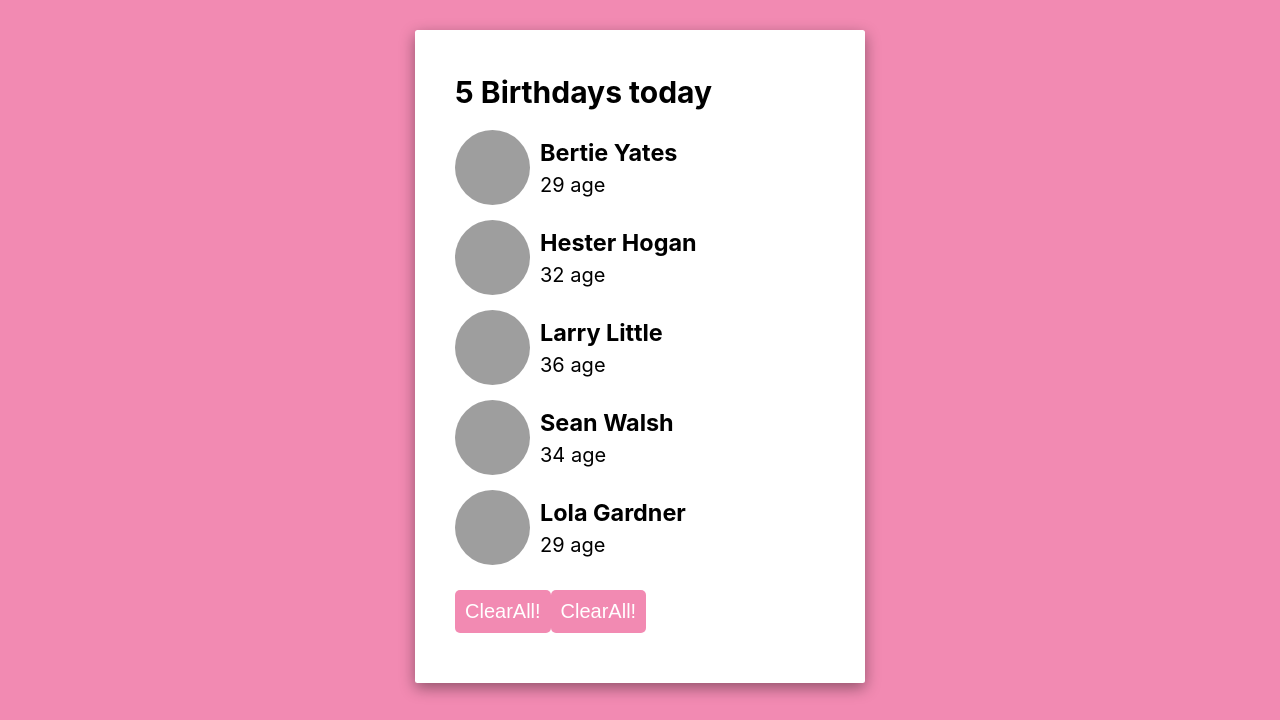
Repository: thaiduy1704/ReactTypeScript-Basic
Page: / (app in 01-birthday-reminder/)
The author's editor kept a copy of each file at every save. The page is drawn from the files as they stood at one save, then again after the next save.
The browser window is 1280 px wide. The pictures show the whole page.
Pictures or frames that could not be fetched are drawn as grey boxes. The project was rebuilt for these pictures with package versions that can differ from the ones it lists, and the page was loaded fresh each time.

Above is the page before, as saved 2022-08-05 16:33:21.

### 01-birthday-reminder/src/index.css
body {
	margin: 0;
	font-family: -apple-system, BlinkMacSystemFont, 'Segoe UI', 'Roboto', 'Oxygen',
		'Ubuntu', 'Cantarell', 'Fira Sans', 'Droid Sans', 'Helvetica Neue',
		sans-serif;
	-webkit-font-smoothing: antialiased;
	-moz-osx-font-smoothing: grayscale;
}

code {
	font-family: source-code-pro, Menlo, Monaco, Consolas, 'Courier New',
		monospace;
}

/* Global Style */
:root {
	--clr-background: #f28ab2;
	--clr-paragraph: #627e99
	--spacing: 0.1rem;
	--radius: 0.25rem;
	--light-shadow: 0 5px 15px rgba(0, 0, 0, 0.1);
	--dark-shadow: 0 5px 15px rgba(0, 0, 0, 0.4);
	--max-width: 1170px;
	--fixed-width: 450px;
	--transition: all 0.3s linear;
}

html {
	font-size: 62.5%;
}

*,
*::before,
*::after {
	padding: 0;
	margin: 0;
	box-sizing: border-box;
}

body {
	line-height: 1.5;
	background: var(--clr-background);
	font-size: 2rem;
}

/* Typography */
ul {
	list-style-type: none;
}

a {
	text-decoration: none;
}

h1,
h2,
h3,
h4 {
	letter-spacing: var(--spacing);
}

/* Layout */
.container {
	min-height: 100vh;
	display: flex;
	justify-content: center;
	align-items: center;
}

### 01-birthday-reminder/src/App.tsx
import { useState } from "react";
import { Card } from "./components/Card";
import { data } from "./data";

function App() {
  const [people, setPeople] = useState(data);

  const clearPeople = () => {
    setPeople([]);
  };

  const restartPeople = () => {
    setPeople(data);
  };

  return (
    <Card
      people={people}
      clearPeople={clearPeople}
      restartPeople={restartPeople}
    />
  );
}

export default App;

### 01-birthday-reminder/src/components/Card.tsx
import React from "react";
import styled from "styled-components";

import Person, { PersonType } from "./Person";

export interface PeopleType {
  people: PersonType[];
  clearPeople: () => void;
  restartPeople: () => void;
}
export const Card: React.FC<PeopleType> = ({
  people,
  clearPeople,
  restartPeople,
}) => {
  return (
    <Wrapper className="content">
      <h1>{people.length} Birthdays today</h1>
      <div>
        {people.map((person) => {
          return <Person key={person.id} {...person} />;
        })}
        <button
          className={`${people.length === 0 && "disable"}`}
          onClick={() => clearPeople()}
        >
          ClearAll!
        </button>
        <button
          className={`${people.length === 0 && "disable"}`}
          onClick={() => clearPeople()}
        >
          ClearAll!
        </button>
      </div>
    </Wrapper>
  );
};

const Wrapper = styled.section`
  background-color: white;
  width: 90vw;
  max-width: var(--fixed-width);
  padding: 4rem;
  border-radius: var(--radius);
  box-shadow: var(--dark-shadow);
  display: flex;
  flex-direction: column;
  margin: 3rem auto;
  button {
    background-color: var(--clr-background);
    border: none;
    border-radius: 5px;
    padding: 1rem;
    font-size: 2rem;
    color: white;
    cursor: pointer;
    margin: 1rem 0;
    transition: var(--transition);
  }
  button:hover {
    background-color: #df1563;
  }

  .disable {
    pointer-events: none;
    background-color: gray;
  }
`;

### 01-birthday-reminder/src/data.ts
export const data = [
  {
    id: 1,
    name: "Bertie Yates",
    age: 29,
    image:
      "https://res.cloudinary.com/diqqf3eq2/image/upload/v1595959131/person-2_ipcjws.jpg",
  },
  {
    id: 2,
    name: "Hester Hogan",
    age: 32,
    image:
      "https://res.cloudinary.com/diqqf3eq2/image/upload/v1595959131/person-3_rxtqvi.jpg",
  },
  {
    id: 3,
    name: "Larry Little",
    age: 36,
    image:
      "https://res.cloudinary.com/diqqf3eq2/image/upload/v1586883423/person-4_t9nxjt.jpg",
  },
  {
    id: 4,
    name: "Sean Walsh",
    age: 34,
    image:
      "https://res.cloudinary.com/diqqf3eq2/image/upload/v1586883417/person-3_ipa0mj.jpg",
  },
  {
    id: 5,
    name: "Lola Gardner",
    age: 29,
    image:
      "https://res.cloudinary.com/diqqf3eq2/image/upload/v1586883334/person-1_rfzshl.jpg",
  },
];

### 01-birthday-reminder/src/components/Person.tsx
import React from "react";
import styled from "styled-components";

export interface PersonType {
  id: number;
  name: string;
  age: number;
  image: string;
}

const Person: React.FC<PersonType> = ({ id, name, age, image }) => {
  return (
    <Wrapper>
      <img src={image} alt={name} />
      <div>
        <h3>{name}</h3>
        <p>{age} age</p>
      </div>
    </Wrapper>
  );
};
const Wrapper = styled.article`
  display: flex;
  margin: 1.5rem auto;
  align-items: center;

  img {
    width: 7.5rem;
    height: 7.5rem;
    object-fit: cover;
    margin-right: 1rem;
    border-radius: 50%;
  }
  p {
    color: var(--clr-paragraph);
    font-size: 2rem;
  }
`;
export default Person;

Loaded but not shown: 01-birthday-reminder/public/index.html (common file); 01-birthday-reminder/src/index.tsx (common file); 01-birthday-reminder/src/reportWebVitals.ts (common file)

After the next save:
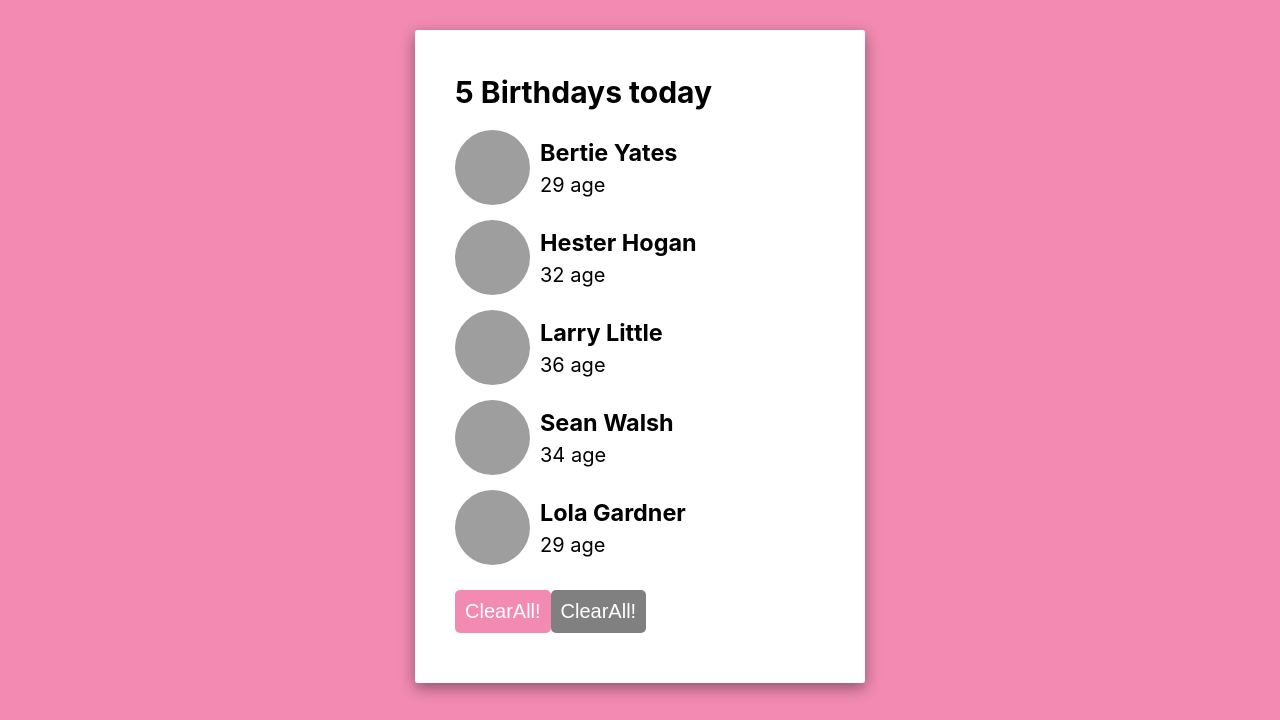
Saved 6 s later.
--- a/01-birthday-reminder/src/components/Card.tsx
+++ b/01-birthday-reminder/src/components/Card.tsx
@@ -27,7 +27,7 @@ export const Card: React.FC<PeopleType> = ({
           ClearAll!
         </button>
         <button
-          className={`${people.length === 0 && "disable"}`}
+          className={`${people.length !== 0 && "disable"}`}
           onClick={() => clearPeople()}
         >
           ClearAll!
